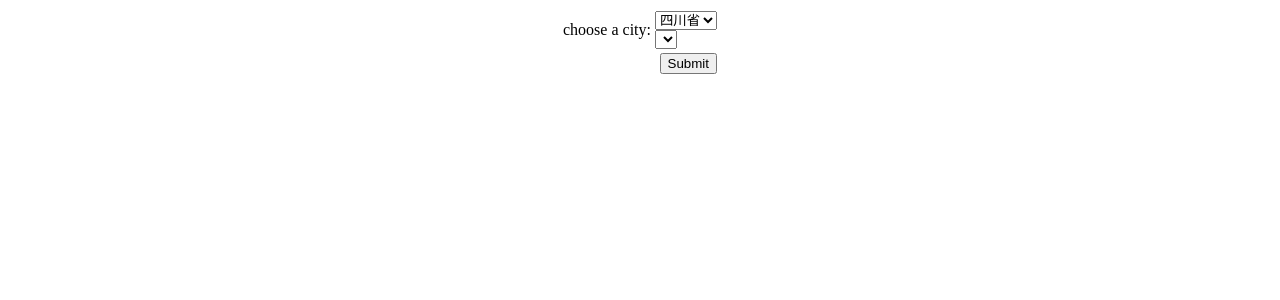
Repository: KingJF1/musical-octo-broccoli
Page: http://localhost/DoubleselectDemo/
The author's editor kept a copy of each file at every save. The page is drawn from the files as they stood at one save, then again after the next save.
The browser window is 1280 px wide. The pictures show the whole page.
The page is served by Tomcat 9. Other server files are loaded and not shown.

Above is the page before, as saved 2017-03-31 12:42:57.

### workspace/DoubleselectDemo/WebContent/index.jsp
<%@ page language="java" contentType="text/html; charset=UTF-8"
    pageEncoding="UTF-8"%>
<%@ taglib prefix="s" uri="/struts-tags" %>
<!DOCTYPE html PUBLIC "-//W3C//DTD HTML 4.01 Transitional//EN" "http://www.w3.org/TR/html4/loose.dtd">
<html>
<head>
<meta http-equiv="Content-Type" content="text/html; charset=UTF-8">
<title>Insert title here</title>
</head>
<body>
	<center>
		<s:form action="user">
			<s:doubleselect label="choose a city" name="province"
			list="{'四川省','山东省'}"
			doubleName="city"
			doubleList="top == '四川省' ？ {'成都市','绵阳市'} : {'济南市','青岛市'}"/>
			<s:submit/>
		</s:form>
	</center>
</body>
</html>

After the next save:
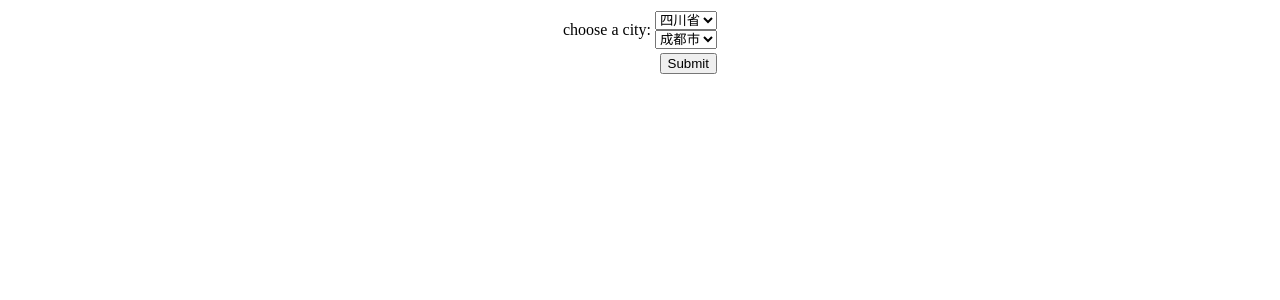
Saved 75 s later.
--- a/workspace/DoubleselectDemo/WebContent/index.jsp
+++ b/workspace/DoubleselectDemo/WebContent/index.jsp
@@ -13,7 +13,7 @@
 			<s:doubleselect label="choose a city" name="province"
 			list="{'四川省','山东省'}"
 			doubleName="city"
-			doubleList="top == '四川省' ？ {'成都市','绵阳市'} : {'济南市','青岛市'}"/>
+			doubleList="top == '四川省' ? {'成都市','绵阳市'} : {'济南市','青岛市'}"/>
 			<s:submit/>
 		</s:form>
 	</center>
